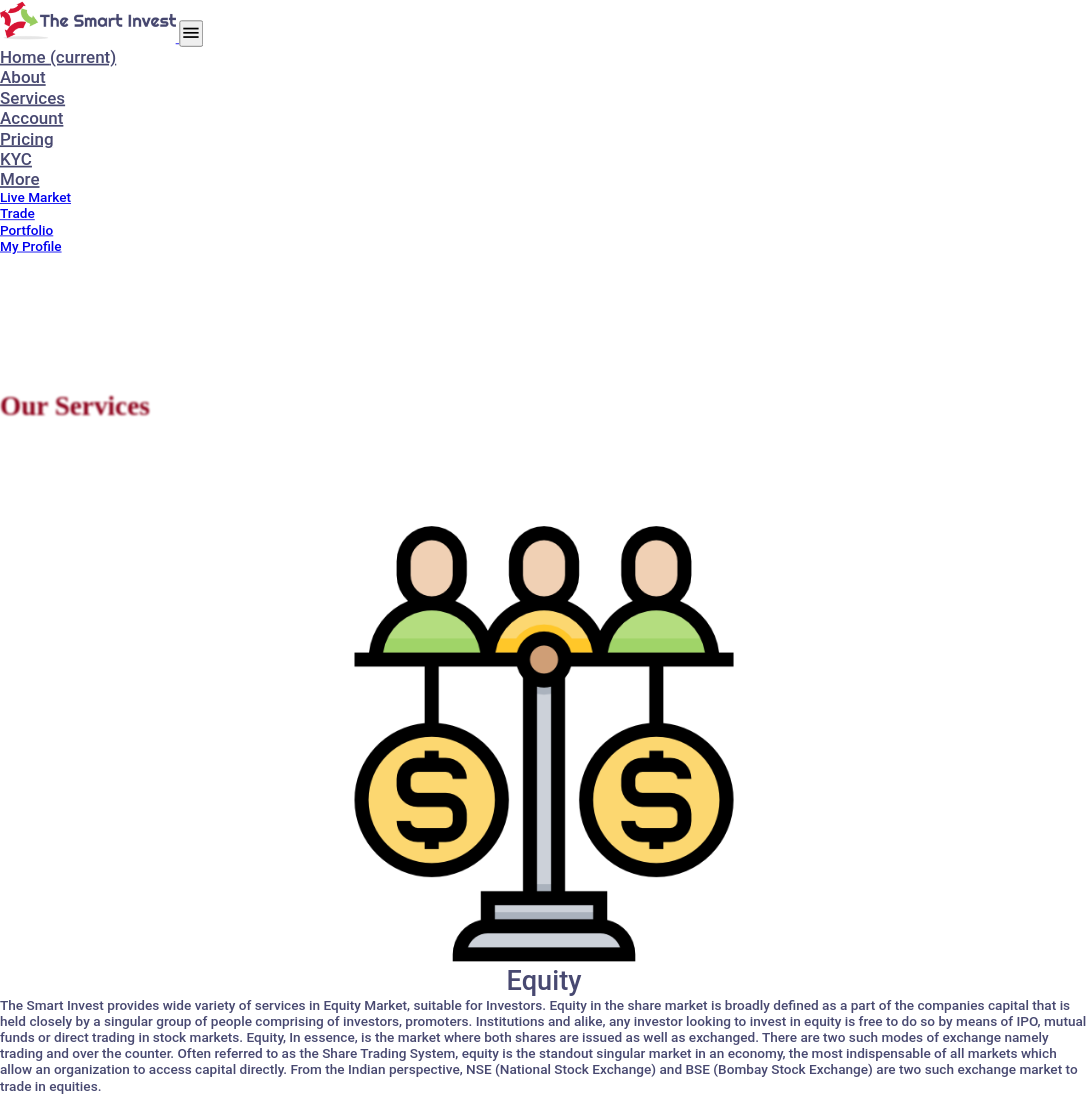
Repository: Demonster1999/Invest-Mart-new
Page: services.html
The author's editor kept a copy of each file at every save. The page is drawn from the files as they stood at one save, then again after the next save.
The browser window is 1280 px wide. The pictures show the whole page, at 85% of full size.
Some web libraries are served in a nearby version.

Above is the page before, as saved 2020-05-01 21:36:48.
Console error: TypeError: Failed to execute 'addEventListener' on 'EventTarget': parameter 2 is not of type 'Object'.

### services.html
<!doctype html>
<html lang="en">

<head>
  <!-- Required meta tags -->
  <meta charset="utf-8">
  <meta name="viewport" content="width=device-width, initial-scale=1, shrink-to-fit=no">

  <!-- Material Design for Bootstrap fonts and icons -->
  <link rel="stylesheet" href="https://fonts.googleapis.com/css?family=Roboto:300,400,500,700|Material+Icons">

  <!-- Material Design for Bootstrap CSS -->
  <link rel="stylesheet"
    href="https://unpkg.com/bootstrap-material-design@4.1.1/dist/css/bootstrap-material-design.min.css"
    integrity="sha384-wXznGJNEXNG1NFsbm0ugrLFMQPWswR3lds2VeinahP8N0zJw9VWSopbjv2x7WCvX" crossorigin="anonymous">

    <link rel="stylesheet" href="static/css/custom.css">
  <title>Services: Invest-Smart</title>
</head>

<body style = "font-family : ROBOTO MEDIUM" onload="window.addEventListener('load', fadeEffect);">
  <!-- preloader start -->
<div class="preloader" style="opacity: 1;">
  <img src="static/imgs/preloaderspin.svg" class="filler-green" alt="spinner">
</div>
  <!-- preloader end  -->

  <!-- nav start -->

  <nav class="navbar navbar-expand-lg fixed-top   text-center   ">
     <a class="navbar-brand" href="#">
       <img src="static/imgs/smartlogo.png"  height = "50"
         class="d-inline-block align-top" alt="">

     </a>
  <button class="navbar-toggler" type="button" data-toggle="collapse" data-target="#navbarSupportedContent"
    aria-controls="navbarSupportedContent" aria-expanded="false" aria-label="Toggle navigation">
    <span class="navbar-toggler-icon material-icons">menu</span>
  </button>

    <div class="collapse navbar-collapse justify-content-end  " id="navbarSupportedContent">
      <ul class="navbar-nav ">
        <li class="nav-item active mx-2 p-2">
          <a class="nav-link2" href="index.html">Home <span class="sr-only">(current)</span></a>
        </li>

        <li class="nav-item mx-2  p-2">
          <a href="About.html" class="nav-link2">About</a>
        </li>
        <li class="nav-item mx-2 p-2"><a href="services.html" class="nav-link2 ">Services</a></li>
        <li class="nav-item mx-2 p-2"><a href="Account.html" class="nav-link2">Account</a></li>
        <li class="nav-item mx-2 p-2"><a href="pricing.html" class="nav-link2">Pricing</a> </li>
        <li class="nav-item mx-2 p-2">
          <a class="nav-link2 " href="kyc.html">KYC</a>
        </li>
        <li class="nav-item mx-2 p-2 dropdown">
          <a class="nav-link2 dropdown-toggle" href="#" id="navbarDropdown" role="button" data-toggle="dropdown"
            aria-haspopup="true" aria-expanded="false">
            More
          </a>
          <div class="dropdown-menu" style= "background-color : rgba(255,255,255,0.45)" aria-labelledby="navbarDropdown">
            <a class="dropdown-item" href="#">Live Market</a>
            <div class="dropdown-divider"></div>
            <a class="dropdown-item" href="#">Trade</a>
            <div class="dropdown-divider"></div>
            <a class="dropdown-item" href="#">Portfolio</a>
            <div class="dropdown-divider"></div>
            <a class="dropdown-item" href="#">My Profile</a>
          </div>
        </li>

      </ul>

    </div>
  </nav>

  <!--  services Banner  -->

  <div class="top-wrapper p-5 text-center ">

    <h1 >
      Our Services
    </h1>

  </div>

  <!-- services Provided
   -->
   <div class="services container-fluid pt-5 mt-5" style="color:#484971 ; font-family :;">
     <div class="row">
      <div class="col-md-6">
       <center>
        <img src="static/imgs/icons/equity.png" class="img-fluid m-2 p-2" width="40%" alt="">
        <h1 class=" p-2 m-2"> Equity </h1>
       </center>


       </div>
       <div class="col-md-6 p-5">
<p>
  The Smart Invest provides wide variety of services in Equity Market, suitable for Investors. Equity in the share
  market
  is broadly defined as a part of the companies capital that is held closely by a singular group of people comprising
  of
  investors, promoters. Institutions and alike, any investor looking to invest in equity is free to do so by means of
  IPO,
  mutual funds or direct trading in stock markets. Equity, In essence, is the market where both shares are issued as
  well
  as exchanged. There are two such modes of exchange namely trading and over the counter. Often referred to as the Share
  Trading System, equity is the standout singular market in an economy, the most indispensable of all markets which
  allow
  an organization to access capital directly. From the Indian perspective, NSE (National Stock Exchange) and BSE (Bombay
  Stock Exchange) are two such exchange market to trade in equities.
</p>
       </div>


     </div>
   </div>





    <script src="https://code.jquery.com/jquery-3.2.1.slim.min.js"
    integrity="sha384-KJ3o2DKtIkvYIK3UENzmM7KCkRr/rE9/Qpg6aAZGJwFDMVNA/GpGFF93hXpG5KkN"
    crossorigin="anonymous"></script>
  <script src="https://unpkg.com/popper.js@1.12.6/dist/umd/popper.js"
    integrity="sha384-fA23ZRQ3G/J53mElWqVJEGJzU0sTs+SvzG8fXVWP+kJQ1lwFAOkcUOysnlKJC33U"
    crossorigin="anonymous"></script>
  <script src="https://unpkg.com/bootstrap-material-design@4.1.1/dist/js/bootstrap-material-design.js"
    integrity="sha384-CauSuKpEqAFajSpkdjv3z9t8E7RlpJ1UP0lKM/+NdtSarroVKu069AlsRPKkFBz9"
    crossorigin="anonymous"></script>
  <script>$(document).ready(function () { $('body').bootstrapMaterialDesign(); });</script>
  <script>
    const preloader = document.querySelector('.preloader');
    const fadeEffect = setInterval(() => {
      // if we don't set opacity 1 in CSS, then
      // it will be equaled to "" -- that's why
      // we check it, and if so, set opacity to 1
      if (!preloader.style.opacity) {
        preloader.style.opacity = 1;
      }
      if (preloader.style.opacity > 0) {
        preloader.style.opacity -= 0.1;
        preloader.classList.add("loaded");
      } else {
        clearInterval(fadeEffect);
      }

    }, 100);



  </script>
</body>

</html>

### static/css/custom.css
* {
  margin: 0;
  padding: 0;
}

.overlay {
  position: fixed;
  top: 0;
  left: 0;
  width: 100%;
  height: 100%;
  z-index: 1000;
}

html,
body {
  height: 100%;
}

body::-webkit-scrollbar {
  width: 0;

}
/* Nav Style  */
.navbar{
  background-color: rgba(255,255,255,0.45);
}

a.nav-link2{
  font-weight: bolder;
  font-size: 20px;
  color:#484971;

  width:5%;
  transition: .5s;
}
 a.nav-link2:hover{
 color: hsl(351, 69%, 58%);
  font-weight: 900;
   font-size: 25px;

 width:100%;

}
.nav-item a.nav-link:active {
   color: hsl(351, 69%, 58%);
   font-weight: 900;
   font-size: 25px;
   border-bottom: solid #de4a61;
   width: 100%;

 }

 /* nav Styles End  */

/* Picture Caption Hover Effect  */
.container2 {
  position: relative;
  width: 50%;
}

.image {
  display: block;
  width: 100%;
  height: auto;
}

.overlay {
  position: absolute;
  bottom: 0;
  left: 0;
  right: 0;
  background-color: #fff;
  overflow: hidden;
  width: 100%;
  height: 0;
  transition: .5s ease;
}

.container2:hover .overlay {
  height: 100%;
}

.text {
  color: #484971;
  font-size: 15px;
  font-weight: bold;
  position: absolute;
  top: 50%;
  left: 50%;
  -webkit-transform: translate(-50%, -50%);
  -ms-transform: translate(-50%, -50%);
  transform: translate(-50%, -50%);
  text-align: justify;
}
/* Picture Caption hover Effect end  */

.carousel-inner {
  width: 100%;


}

/* main page Carousel */
.carousel-item img {
  opacity: 0.2;
  width: 100%;
  height : 640px;
  object-fit: cover;
}

/* carosel Caption for main page  */
.carousel-caption {
  position : absolute;
  text-align: center;
  top : 30%;
  position:absolute;
  z-index: 30px;

}

/* Position of Join us button and hover */
.pos {
  position: absolute;
  z-index: 60px;
  bottom : 0;
  right: 0;
  font-size: 25px;

}
.pos:hover{
     border: 1px solid #888;
    }


    /* preloader effect */
.preloader {
  align-items: center;
  background: #fff;
  display: flex;
  height: 100vh;
  justify-content: center;
  left: 0;
  position: fixed;
  top: 0;
  transition: opacity 0.3s linear;
  width: 100%;
  z-index: 9999;
  opacity: 1;
  transform: opacity 1s linear;


}
 .filter-green {
   fill: red;

 }
.preloader.loaded {

  display: none;
}

    /* preloader  */


    /* Top wrapper  */
.top-wrapper{
 width : 100%;
 height : 320px;
  background-color: #fff;

}
.top-wrapper h1{
  position: relative;
  color: #8C001A;
  top : 50%;
  filter: blur(1px);
  font-family: cursive;
}

.ourteam{
width:100%;
filter: blur(2px);
opacity: 0.5;

}

.ourteam-text2 {

  color: #484971;
  font-size: 20px;
  font-weight: 500;
  text-align: justify;
  font-family: Cambria,
    Cochin,
    Georgia,
    Times,
    'Times New Roman',
    serif;
}

.ourteam + h1{
  position: absolute;
  top: 40%;
  left : 20%;
  text-align: center;
  color: #8C001A;
  border-bottom: 5px #97cc5e solid;
  border-top: 5px #97cc5e solid;

}


.ourteam-text{

color:#484971;
font-size: 20px ;
font-weight: 500;
text-align: justify;
font-family: Cambria,
Cochin,
Georgia,
Times,
'Times New Roman',
serif;
}


.employee
{
 width: 100%;
 height : 640px;
 filter: drop-shadow(3px);

}

.employee + h1 {
  position: absolute;
  top: 50%;
  color: #fff;

}
@media only screen and (min-width: 768px){


.ourteam + h1 {
  position: absolute;
  top: 40%;
  left: 25%;
  text-align: center;
  font-size: 100px;
  font-family: cursive;
  z-index: 10px;

}

.ourteam-text {

  position: relative;
  top : 25%;
  font-size: xx-large;
}




}

After the next save:
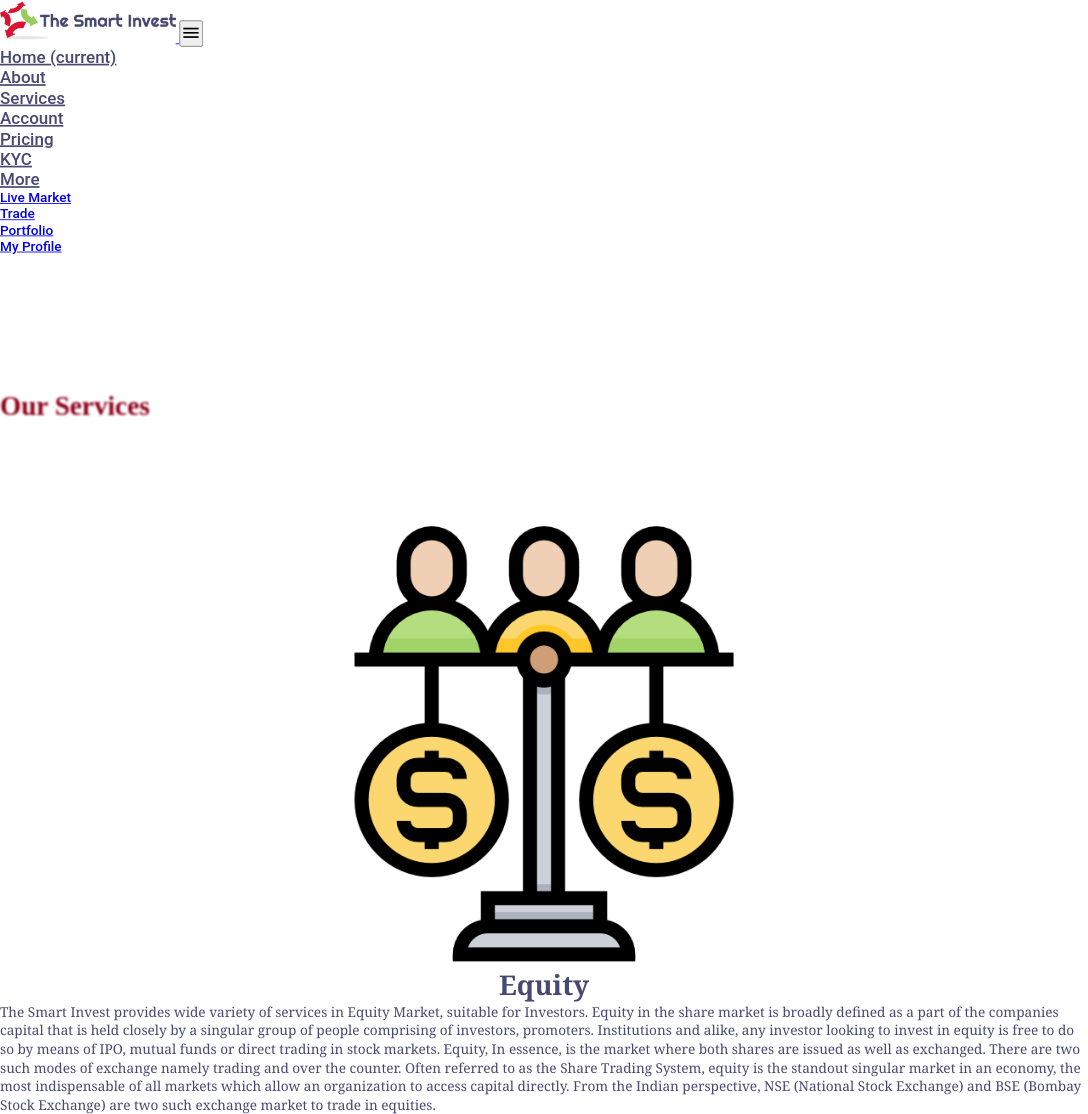
Saved 28 s later.
--- a/services.html
+++ b/services.html
@@ -86,7 +86,7 @@
 
   <!-- services Provided
    -->
-   <div class="services container-fluid pt-5 mt-5" style="color:#484971 ; font-family :;">
+   <div class="services container-fluid pt-5 mt-5" style="color:#484971 ; font-family :Georgia, 'Times New Roman', Times, serif ;">
      <div class="row">
       <div class="col-md-6">
        <center>
